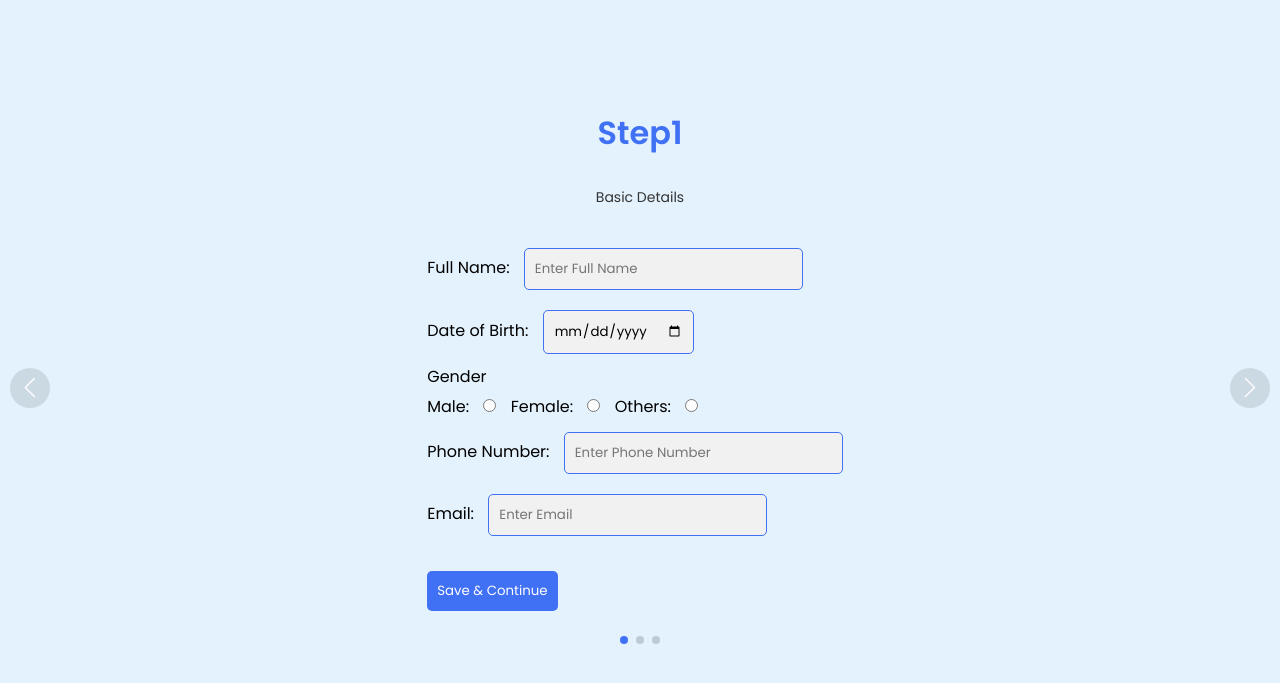
Repository: Habeebur1493/-22-multi-step-form
Page: index.html
An editor plug-in stored every save of this project. The page is shown before and after the next save, followed by the edit.
The browser window is 1280 px wide. The pictures show the whole page.

Above is the page before, as saved 2024-10-13 13:14:56.

### index.html
<!DOCTYPE html>
<html lang="en">
  <head>
    <meta charset="UTF-8" />
    <meta http-equiv="X-UA-Compatible" content="IE=edge" />
    <meta name="viewport" content="width=device-width, initial-scale=1.0" />
    <title>Responsive Testimonial Slider</title>

    <!-- Swiper CSS -->
    <link rel="stylesheet" href="css/swiper-bundle.min.css" />

    <!-- CSS -->
    <link rel="stylesheet" href="css/style.css" />

    <!-- Boxicons CSS -->
    <link
      href="https://unpkg.com/boxicons@2.1.2/css/boxicons.min.css"
      rel="stylesheet"
    />
  </head>
  <body>
    <section class="container">
      <div class="testimonial mySwiper">
        <div class="testi-content swiper-wrapper">
          <div class="slide swiper-slide">
            <h1>Step1</h1>
            <p>Basic Details</p>
            <form action="">
              Full Name:
              <input type="text" placeholder="Enter Full Name" />
              <br>
              Date of Birth:
              <input type="date" placeholder="Date of Birth" />
              <br>
              Gender
              <br>
              Male:
              <input type="radio" name="Gender:" id="">
              Female:
              <input type="radio" name="Gender:" id="">
              Others:
              <input type="radio" name="Gender:" id="">
              <br>
              Phone Number:
              <input type="number" placeholder="Enter Phone Number" />
              <br>
              Email:
              <input type="email" placeholder="Enter Email" />
              <br>
              <br>
              <button type="save">Save & Continue</button>
            </form>
          </div>
          <div class="slide swiper-slide">
            <h1>Step2</h1>
            <p>Medical Fitness</p>
           <form action="">
              Height:
              <input type="number" placeholder="Enter Height" />
              <br>
              Weight:
              <input type="number" placeholder="Enter Weight" />
              <br>
              Blood Group:
              <select name="Blood Group" id="">
                <option value="A+">A+</option>
                <option value="A-">A-</option>
                <option value="B+">B+</option>
                <option value="B-">B-</option>
                <option value="AB+">AB+</option>
                <option value="AB-">AB-</option>
                <option value="O+">O+</option>
                <option value="O-">O-</option>
              </select>
              <br>
              Eye Power:
              <input type="range" min="0" max="100" step="10" value="50"  id="slider"/>
              <br>
              <br>
              <button type="save">Save & Continue</button>
           </form>
          </div>

          <div class="slide swiper-slide">

            <h1>Step3</h1>
            <p>Personal Details</p>
            <form action="">
              Address:
              <input type="text" placeholder="Enter Address" />
              <br>
              Pincode:
              <input type="number" placeholder="Enter Pincode" />
              <br>
              State:
              <select name="State" id="">
                <option value="Tamil Nadu">Tamil Nadu</option>
                <option value="Maharastra">Maharastra</option>
                <option value="Kerala">Kerala</option>
                <option value="Andra Pradesh">Andra Pradesh</option>
                <option value="Madhya Pradesh">Madhya Pradesh</option>
                <option value="Odisa">Odisa</option>
                <option value="Telengana">Telengana</option>
                <option value="Gujarat">Gujarat</option>
                <option value="Uttar Pradesh">Uttar Pradesh</option>
                <option value="Haryana">Haryana</option>
                <option value="Punjab">Punjab</option>
                <option value="Rajasthan">Rajasthan</option>
              </select>
              <br>
              City:
              <select name="City" id="">
                <option value="Chennai">Chennai</option>
                <option value="Madurai">Madurai</option>
                <option value="Trichy">Trichy</option>
                <option value="Coimbatore">Coimbatore</option>
                <option value="Salem">Salem</option>
                <option value="Nagercoil">Nagercoil</option>
                <option value="Vellore">Vellore</option>
                <option value="Kanchipuram">Kanchipuram</option>
                <option value="Tirunelveli">Tirunelveli</option>
              </select>
              <br>
              Feedback:
              <input type="text" placeholder="Enter Feedback" />
              <br>
              <br>
              <button type="save">Save & Continue</button>
            </form>
          </div>
        </div>
        <div class="swiper-button-next nav-btn"></div>
        <div class="swiper-button-prev nav-btn"></div>
        <div class="swiper-pagination"></div>
      </div>
    </section>

    <!-- Swiper JS -->
    <script src="js/swiper-bundle.min.js"></script>

    <!-- JavaScript -->
    <script src="js/script.js"></script>
  </body>
</html>

### css/style.css
/* Google Fonts - Poppins */
@import url("https://fonts.googleapis.com/css2?family=Poppins:wght@300;400;500;600&display=swap");

* {
  margin: 0;
  padding: 0;
  box-sizing: border-box;
  font-family: "Poppins", sans-serif;
}
.container {
  height: 100vh;
  width: 100%;
  display: flex;
  align-items: center;
  justify-content: center;
  background-color: #e3f2fd;
}
.testimonial{
  position: relative;
  max-width: 1400px;
  width: 100%;
  padding: 50px 0;
  overflow: hidden;
}

.testimonial .slide {
  display: flex;
  align-items: center;
  justify-content: center;
  flex-direction: column;
  row-gap: 30px;
  height: 100%;
  width: 100%;
}
.slide p {
  text-align: center;
  padding: 0 160px;
  font-size: 14px;
  font-weight: 400;
  color: #333;
}
.slide h1 {
  font-size: 32px;
  font-weight: 600;
  color: #4070f4;
}

.slide input {
  padding: 10px;
  border-radius: 5px;
  border: 1px solid #4070f4;
  outline: none;
  background-color: #f1f1f1;
  margin: 10px;
}

.slide button {
  padding: 10px;
  border-radius: 5px;
  border: none;
  outline: none;
  background-color: #4070f4;
  color: #fff;
  cursor: pointer;
  transition: 0.3s;
}
.slide button:hover {
  background-color: #0e4bf1;
}



.slide .quote-icon {
  font-size: 30px;
  color: #4070f4;
}
.slide .details {
  display: flex;
  flex-direction: column;
  align-items: center;
}
.details .name {
  font-size: 14px;
  font-weight: 600;
  color: #333;
}
.details .job {
  font-size: 12px;
  font-weight: 400;
  color: #333;
}
/* swiper button css */
.nav-btn {
  height: 40px;
  width: 40px;
  border-radius: 50%;
  transform: translateY(30px);
  background-color: rgba(0, 0, 0, 0.1);
  transition: 0.2s;
}
.nav-btn:hover {
  background-color: rgba(0, 0, 0, 0.2);
}
.nav-btn::after,
.nav-btn::before {
  font-size: 20px;
  color: #fff;
}
.swiper-pagination-bullet {
  background-color: rgba(0, 0, 0, 0.8);
}
.swiper-pagination-bullet-active {
  background-color: #4070f4;
}
@media screen and (max-width: 768px) {
  .slide p {
    padding: 0 20px;
  }
  .nav-btn {
    display: none;
  }
}

### js/script.js
var swiper = new Swiper(".mySwiper", {
  slidesPerView: 1,
  grabCursor: true,
  loop: true,
  pagination: {
    el: ".swiper-pagination",
    clickable: true,
  },
  navigation: {
    nextEl: ".swiper-button-next",
    prevEl: ".swiper-button-prev",
  },
});

Loaded but not shown: css/swiper-bundle.min.css (library); js/swiper-bundle.min.js (library)

After the next save:
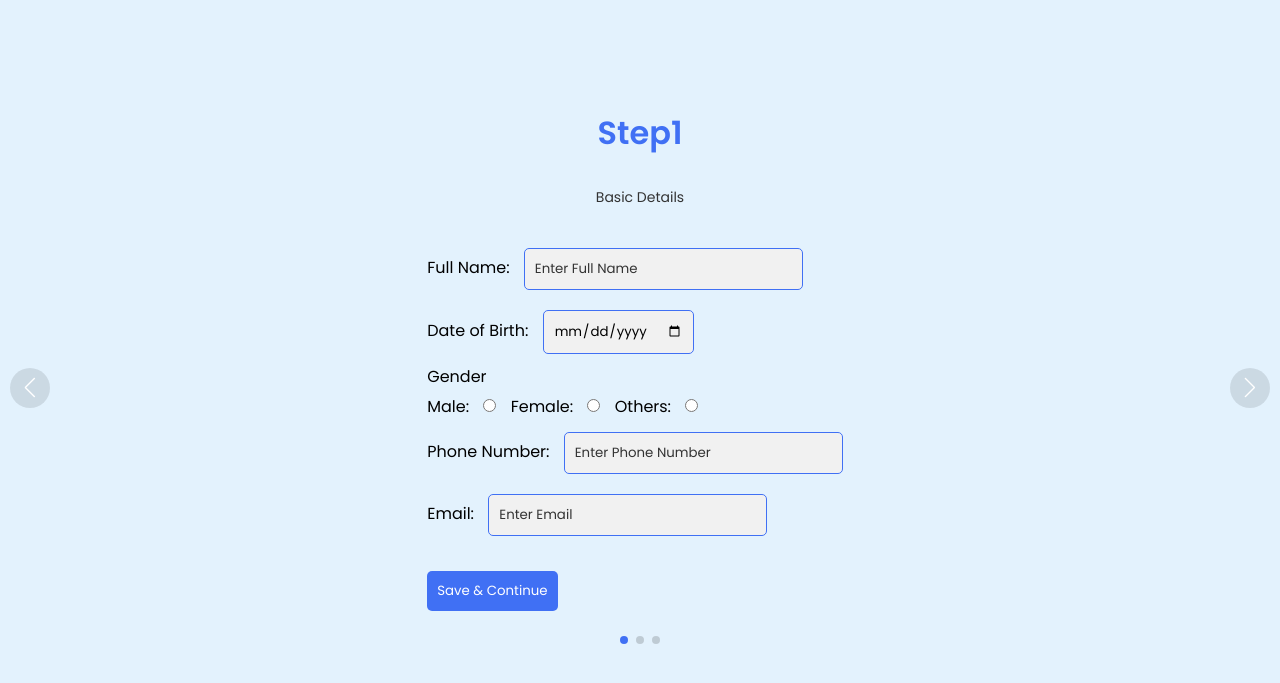
Saved 21 s later.
--- a/css/style.css
+++ b/css/style.css
@@ -54,6 +54,9 @@
   margin: 10px;
 }
 
+.slide input::placeholder {
+  color: #333;
+}
 .slide button {
   padding: 10px;
   border-radius: 5px;
